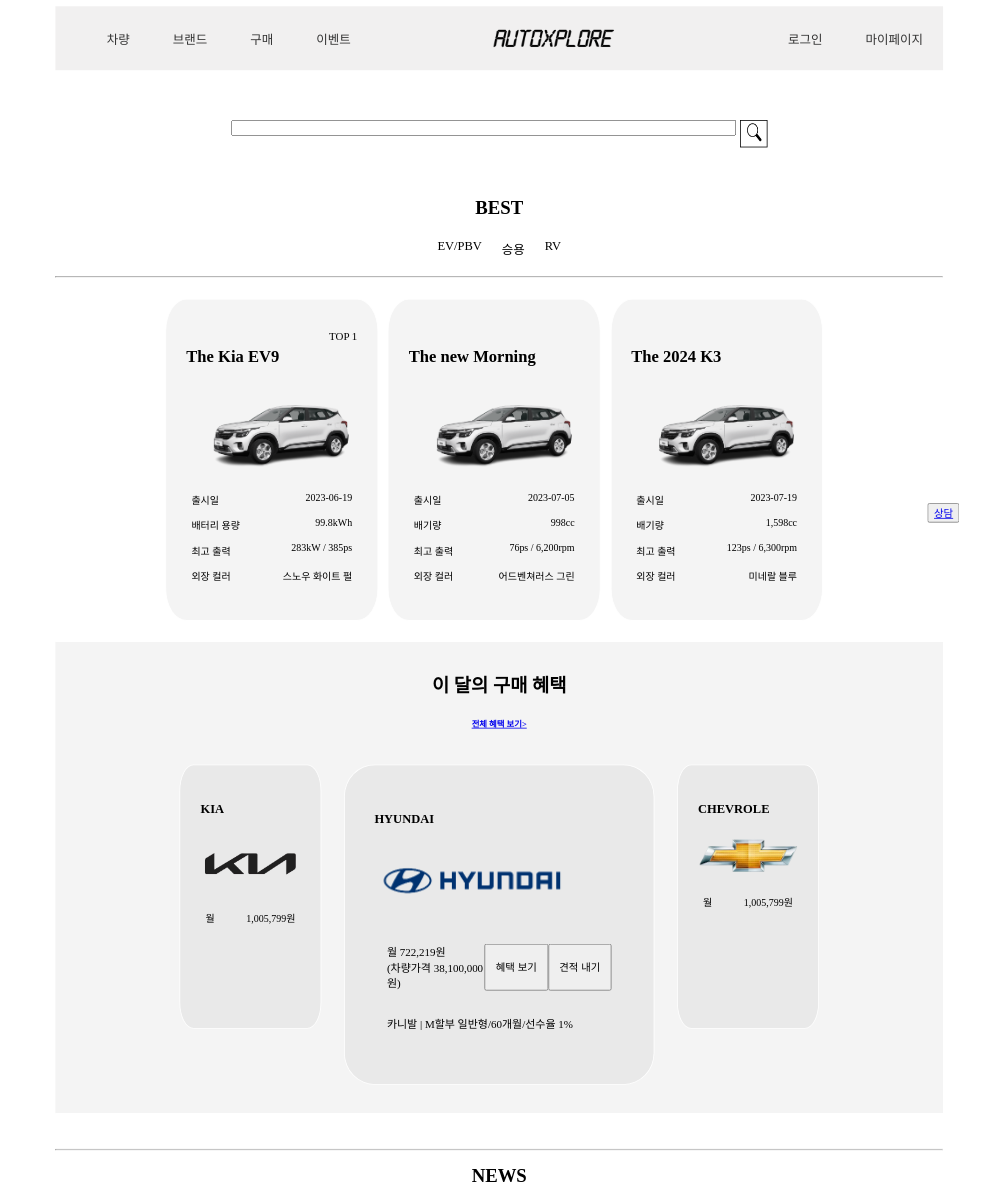
Repository: Autoxplore/Autoxplore
Page: mainPage.html
An editor plug-in stored every save of this project. The page is shown before and after the next save, followed by the edit.
The browser window is 1280 px wide. The pictures show the part of the page from y = 0 to 1521 px (the page is 2515 px tall before and 2537 px after), at 78% of full size.
A picture or video elsewhere on the page could not be fetched, so the positions and the page height are approximate.

Above is the page before, as saved 2023-08-03 15:57:32.

After the next save:
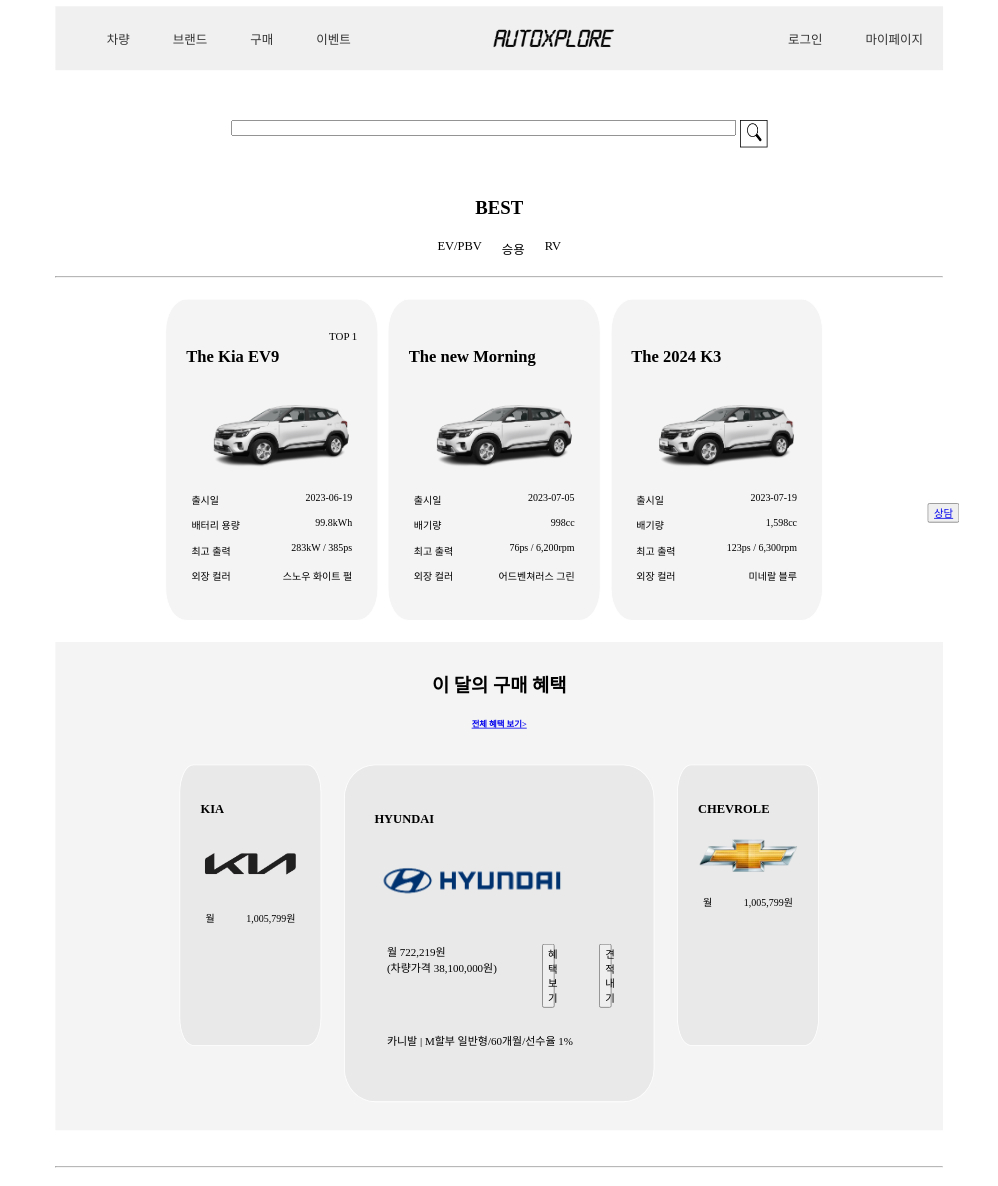
Saved 15 s later.
--- a/harin_css/mainPage.css
+++ b/harin_css/mainPage.css
@@ -276,7 +276,8 @@
     }
 
     .carContent3 button{
-        width: 7vw;
+        width: 10px;
+
     }
 
     /* news 섹션 */

After the save that followed:
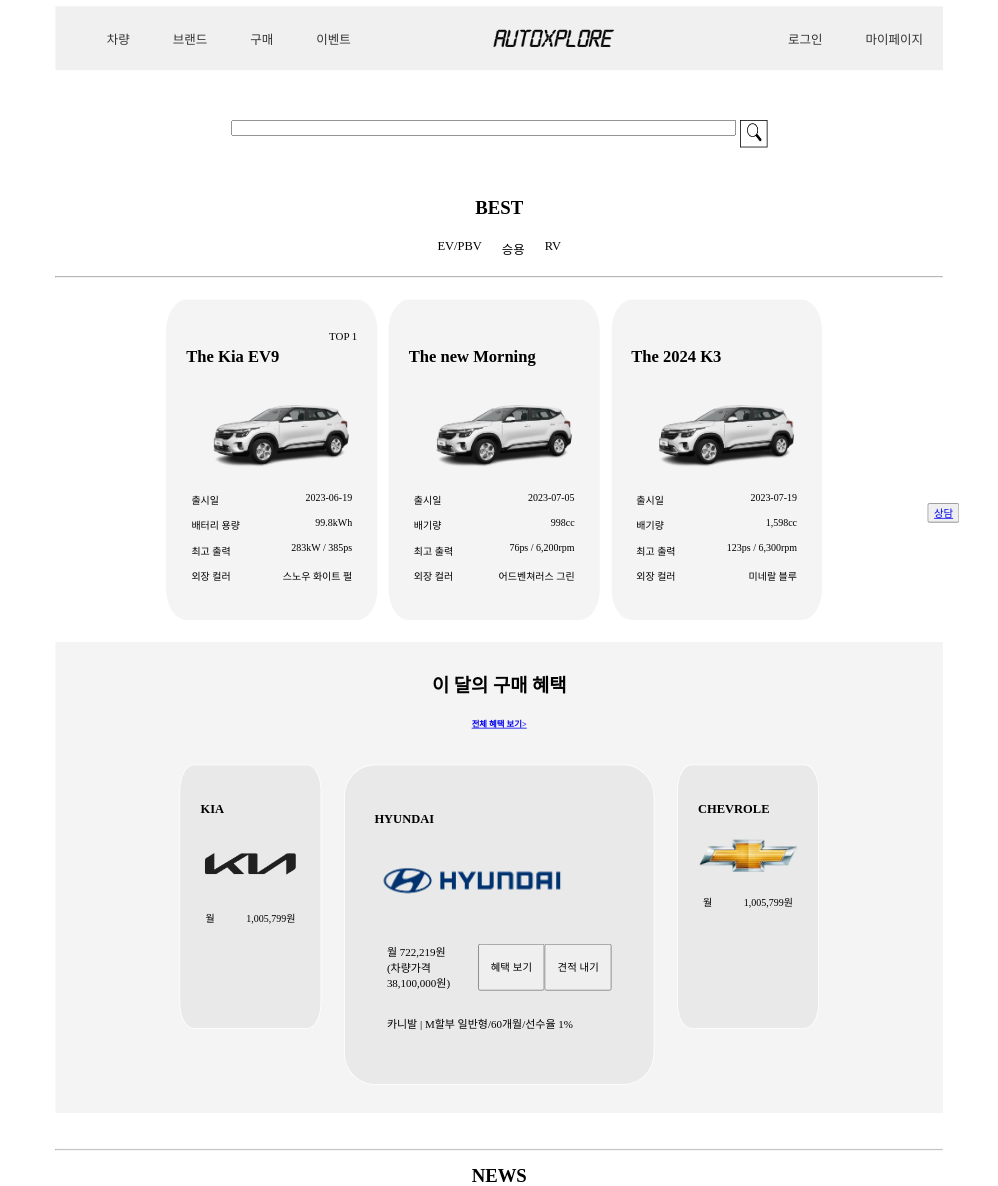
Saved 4 s later.
--- a/harin_css/mainPage.css
+++ b/harin_css/mainPage.css
@@ -276,7 +276,7 @@
     }
 
     .carContent3 button{
-        width: 10px;
+        width: 100px;
 
     }
 
